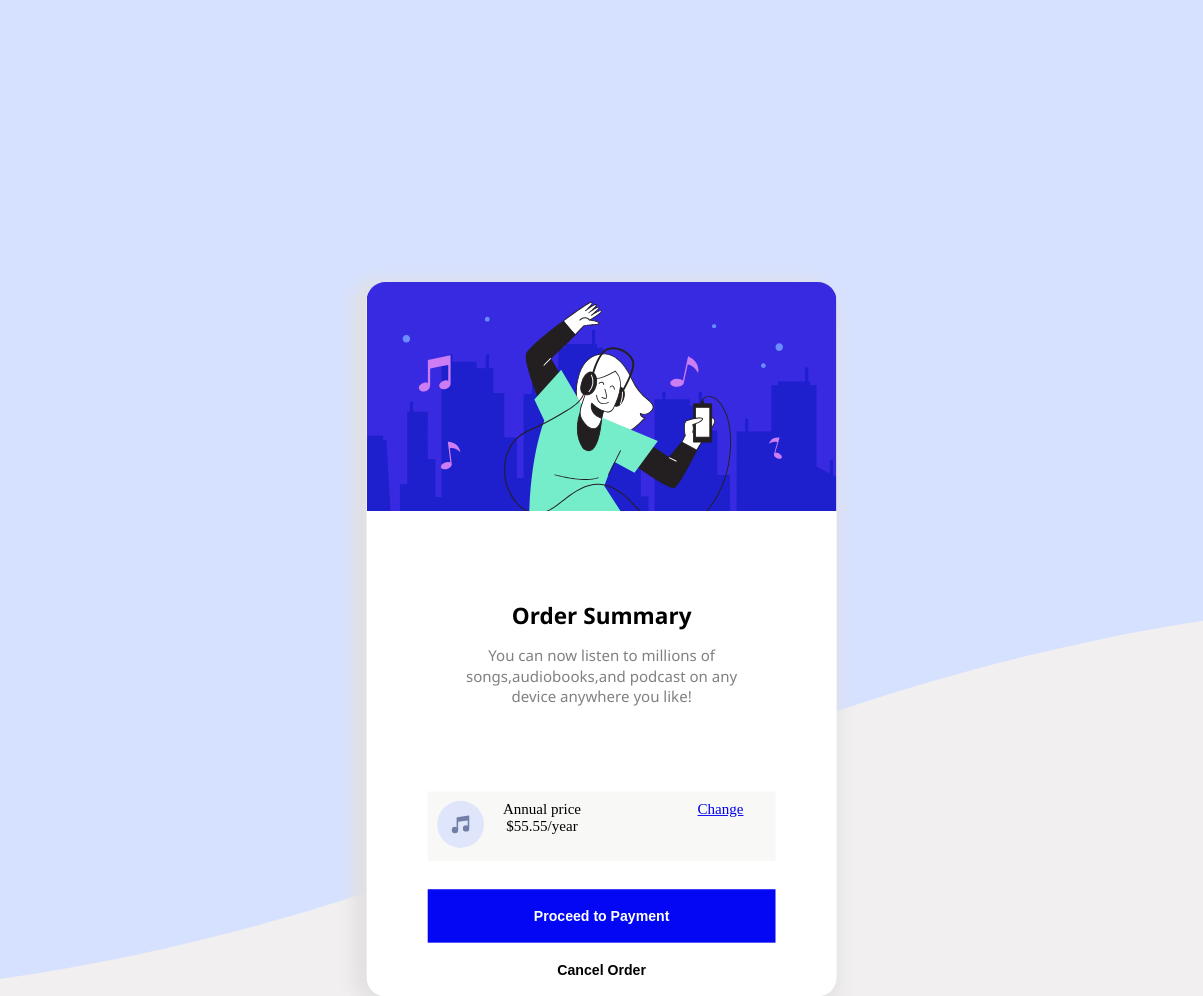
Repository: Eugene44-hub/newbie-project
Page: index.html
An editor plug-in stored every save of this project. The page is shown before and after the next save, followed by the edit.
The browser window is 1280 px wide. The pictures show the whole page, at 94% of full size.

Above is the page before, as saved 2021-08-29 09:48:21.

### index.html
<!DOCTYPE html>
<html lang="en">

<head>
    <link rel="stylesheet" href="style.css">
    <meta charset="UTF-8">
    <meta http-equiv="X-UA-Compatible" content="IE=edge">
    <meta name="viewport" content="width=device-width, initial-scale=1.0">
    <title>Document</title>
</head>

<body>
    <div class="container">

        <div class="card-container">
            <div class="card">
                <div class="content">
                    <div class="image"> <img src="illustration-hero.svg"></div>

                    <div class="text">
                        <h2>Order Summary</h2>
                        <p>You can now listen to millions of songs,audiobooks,and podcast on any device anywhere you like!</p>
                    </div>
                    <div class="musicCard">
                        <div class=musicIcon> <img src="icon-music.svg" id="icon" alt=""></div>
                        <div class="sub">Annual price <br>$55.55/year
                        </div>
                        <div class="link">
                            <a href="#">Change</a>
                        </div>

                    </div>
                    <button id="proceed">
                        Proceed to Payment
                    </button >
                    <button id="cancel">
                        Cancel Order
                    </button>
                </div>

            </div>
        </div>

    </div>
</body>

</html>

### style.css
* {
    padding: 0;
    margin: 0;
}

.container {
    background-image: url('pattern-background-desktop.svg');
    background-position: center;
    background-size: cover;
    background-color: rgb(241, 239, 239);
    width: 100%;
}

.card-container {
    display: flex;
    justify-content: center;
    width: 100%;
    padding-top: 300px;
}

img {
    width: 100%;
    border-top-left-radius: 20px;
    border-top-right-radius: 20px;
}

.image {}

.content {
    text-align: center;
    background-color: white;
    border-radius: 20px;
    max-width: 500px;
    box-shadow: 0px 13px 20px rgb(226, 224, 224), -13px -0px 20px rgb(226, 224, 224);
}

.content::after {}

h2,
p {
    font-family: 'Segoe UI', Tahoma, Geneva, Verdana, sans-serif;
}

.text {
    padding: 90px;
}

h2 {
    margin-bottom: 15px;
}

p {
    color: grey;
}

.musicCard {
    display: flex;
    justify-content: center;
    align-content: center;
    width: 70%;
    margin: auto;
    background-color: rgb(248, 248, 247);
    padding: 10px;
    flex-wrap: wrap;
}

.link {
    flex: 10%;
    margin-left: 100px;
}

.musicIcon {
    flex: 80%;
    max-width: 50px;
    margin-right: 20px;
}

.price {
    flex: 10%;
    text-align: right;
}

button {
    width: 74%;
    padding: 20px;
    border: none;
    margin-top: 30px;
    font-size: 15px;
    font-weight: bold;
}

#cancel {
    background-color: white;
    margin-top: 0;
}

#proceed {
    background-color: rgb(3, 7, 243);
    color: white;
}

After the next save:
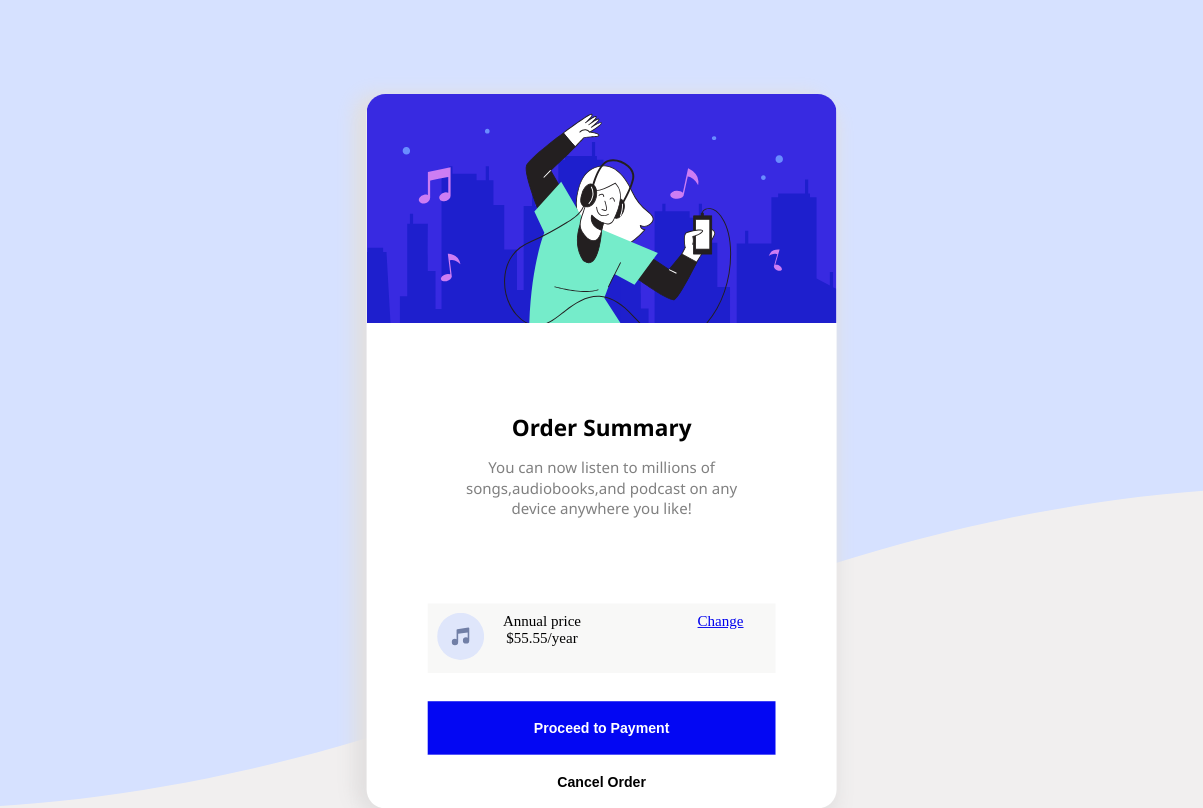
Saved 7 s later.
--- a/style.css
+++ b/style.css
@@ -15,7 +15,7 @@
     display: flex;
     justify-content: center;
     width: 100%;
-    padding-top: 300px;
+    padding-top: 100px;
 }
 
 img {
